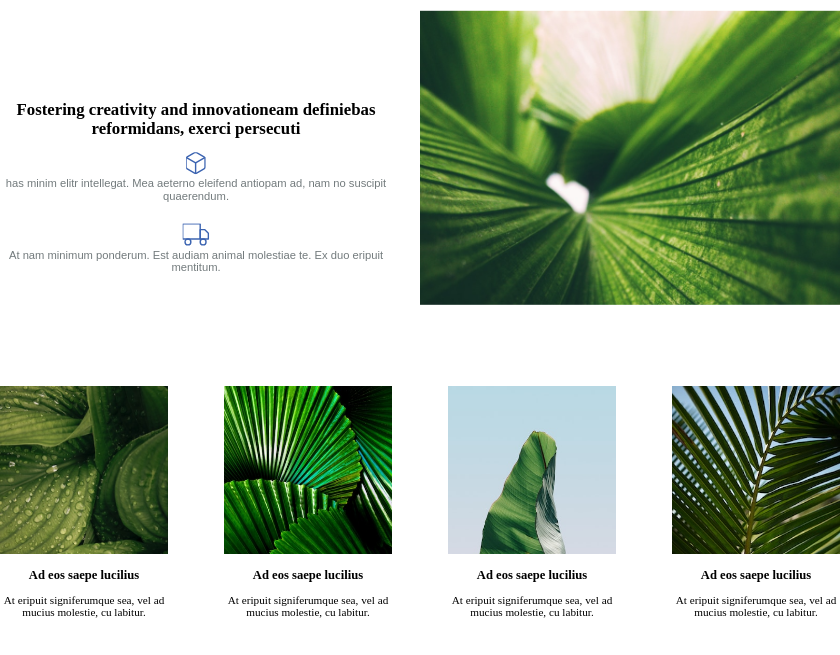
Repository: Mygit2001/LeTuSy_Test_Ecommage
Page: index.html
These files come from the project's save history. The page is drawn as it stood at one moment and after a run of saves; the edit follows.
The browser window is 768 px wide. The page is 1200 px wide, so the pictures cover 1200 px, including what lies to the right of the window. The pictures show the part of the page from y = 1668 to 3748 px (the page is 2604 px tall before and 3748 px after), at 70% of full size.
Some web fonts or font styles are not loaded; a fallback is used. Some web libraries are served in a nearby version.

Above is the page before, as saved 2023-02-15 23:54:02.

### index.html
<!DOCTYPE html>
<html lang="en">
  <head>
    <meta charset="UTF-8" />
    <meta http-equiv="X-UA-Compatible" content="IE=edge" />
    <meta name="viewport" content="width=device-width, initial-scale=1.0" />
    <link rel="stylesheet" href="./assets/css/base.css" />
    <link rel="stylesheet" href="./assets/css/index.css" />
    <link rel="stylesheet" href="./assets/js/index.js" />
    <link rel="stylesheet" href="./assets/css/responsive.css" />
    <link rel="preconnect" href="https://fonts.googleapis.com" />
    <link rel="preconnect" href="https://fonts.gstatic.com" crossorigin />
    <link href="https://fonts.google.com/specimen/Mulish" rel="stylesheet" />
    <link
      rel="stylesheet"
      href="https://cdnjs.cloudflare.com/ajax/libs/font-awesome/6.3.0/css/all.min.css"
      integrity="sha512-SzlrxWUlpfuzQ+pcUCosxcglQRNAq/DZjVsC0lE40xsADsfeQoEypE+enwcOiGjk/bSuGGKHEyjSoQ1zVisanQ=="
      crossorigin="anonymous"
      referrerpolicy="no-referrer"
    />
    <title>Ecommage test - Lê Tử Sỹ</title>
  </head>
  <body>
    <header>
      <nav class="navbar_header">
        <div class="logo navbar_header-item">
          <svg
            width="67"
            height="40"
            viewBox="0 0 67 40"
            fill="none"
            xmlns="http://www.w3.org/2000/svg"
          >
            <path
              d="M42.5147 30.5614C63.5719 30.5614 65.2682 12.6468 65.4038 4.13342C65.4051 3.90184 65.3598 3.67236 65.2708 3.45856C65.1818 3.24477 65.0508 3.051 64.8856 2.88873C64.7204 2.72646 64.5243 2.59898 64.3089 2.51384C64.0935 2.4287 63.8633 2.38762 63.6317 2.39305C33.7072 2.94264 33.7072 17.4504 33.7072 30.5614V37.6074"
              stroke="#3C64B1"
              stroke-width="3"
              stroke-linecap="round"
              stroke-linejoin="round"
            />
            <path
              d="M33.7072 30.5614C33.7072 30.5614 33.7072 19.9923 47.7992 18.2308"
              stroke="#3C64B1"
              stroke-width="3"
              stroke-linecap="round"
              stroke-linejoin="round"
            />
            <path
              d="M24.8891 30.5614C3.832 30.5614 2.13566 12.6468 2.00003 4.13342C1.99878 3.90184 2.04401 3.67236 2.13302 3.45856C2.22204 3.24477 2.35304 3.051 2.51827 2.88873C2.68349 2.72646 2.87959 2.59898 3.09496 2.51384C3.31033 2.4287 3.54058 2.38762 3.7721 2.39305C33.6967 2.94264 33.6967 17.4504 33.6967 30.5614V37.6074"
              stroke="#3C64B1"
              stroke-width="3"
              stroke-linecap="round"
              stroke-linejoin="round"
            />
            <path
              d="M33.6967 30.5614C33.6967 30.5614 33.6967 19.9923 19.6046 18.2308"
              stroke="#3C64B1"
              stroke-width="3"
              stroke-linecap="round"
              stroke-linejoin="round"
            />
          </svg>
        </div>
        <div class="navbar_header-item menu fw-600">
          <span>Features</span>
          <span>Pricing</span>
          <span>Contact</span>
        </div>
        <div class="bar-icon" ><i class="fa-solid fa-bars"></i></div >
        <div class="navbar_header-item navitem-right">
          <label class="fw-600">Log In</label>
          <button class="default-butn" style="width: 107px">Start now</button>
        </div>
      </nav>
    </header>
    <main class="container">
      <div class="main_intro">
        <div class="main_intro-content">
          <div class="main_intro-content-text">
            <span class="fw-700">Simplify your online shipping for </span>
            <span class="fw-700">free this month !</span>
            <p>
              Et has minim elitr intellegat. Mea aeterno eleifend antiopam
              ad,nam no suscipit quaerendum. At nam minimum ponderum. Est audiam
              animal molestiae te.
            </p>
          </div>
          <div class="main_intro-content-button">
            <button class="default-butn">Start free trial</button>
            <button class="default-butn2" style="">Learn more</button>
          </div>
        </div>
        <div class="main_intro-img"></div>
      </div>
      <div class="main_content">
        <div class="main_content-head">
          <div class="main_content-text">
            <h2>Grow your business with better Shipping</h2>
            <span
              >We help the world's leading organizations follow their
              shipping</span
            >
          </div>
          <div class="main_content-services">
            <div class="main_content-services-item">
              <div class="content_services-item-top">
                <div class="s-30">
                  <svg
                    width="33"
                    height="32"
                    viewBox="0 0 33 32"
                    fill="none"
                    xmlns="http://www.w3.org/2000/svg"
                  >
                    <path
                      d="M20.1376 7.79345C19.8484 8.08852 19.6864 8.48524 19.6864 8.89843C19.6864 9.31161 19.8484 9.70833 20.1376 10.0034L22.6633 12.5291C22.9584 12.8183 23.3551 12.9803 23.7683 12.9803C24.1814 12.9803 24.5782 12.8183 24.8732 12.5291L30.8243 6.57798C31.6181 8.33203 31.8584 10.2863 31.5133 12.1804C31.1682 14.0745 30.254 15.8185 28.8926 17.1799C27.5312 18.5412 25.7873 19.4554 23.8932 19.8005C21.9991 20.1456 20.0448 19.9053 18.2907 19.1115L7.38307 30.0192C6.75509 30.6472 5.90336 31 5.01527 31C4.12717 31 3.27544 30.6472 2.64746 30.0192C2.01948 29.3912 1.66669 28.5395 1.66669 27.6514C1.66669 26.7633 2.01948 25.9116 2.64746 25.2836L13.5551 14.3759C12.7614 12.6219 12.5211 10.6676 12.8662 8.77349C13.2113 6.87939 14.1254 5.13544 15.4868 3.77406C16.8482 2.41268 18.5922 1.49852 20.4863 1.15341C22.3804 0.808299 24.3347 1.04863 26.0887 1.84237L20.1534 7.77767L20.1376 7.79345Z"
                      stroke="#3C64B1"
                      stroke-width="2"
                      stroke-linecap="round"
                      stroke-linejoin="round"
                    />
                  </svg>
                </div>
                <div class="services-item-top-title fw-700">
                  Logistic performance
                </div>
                <span class="services-item-top-des"
                  >At eripuit signiferumque sea, vel ad mucius molestie, cu
                  labitur iuvaret vulputate sed.</span
                >
              </div>
              <div class="content_services-item-bot">
                <label class="services-item-bot-text fw-700">Discover</label>
              </div>
            </div>
            <div class="main_content-services-item">
              <div class="content_services-item-top">
                <div class="s-30">
                  <svg
                    width="36"
                    height="32"
                    viewBox="0 0 36 32"
                    fill="none"
                    xmlns="http://www.w3.org/2000/svg"
                  >
                    <path
                      d="M31.3334 7.66669H4.66671C2.82576 7.66669 1.33337 9.15907 1.33337 11V27.6667C1.33337 29.5076 2.82576 31 4.66671 31H31.3334C33.1743 31 34.6667 29.5076 34.6667 27.6667V11C34.6667 9.15907 33.1743 7.66669 31.3334 7.66669Z"
                      stroke="#3C64B1"
                      stroke-width="2"
                      stroke-linecap="round"
                      stroke-linejoin="round"
                    />
                    <path
                      d="M24.6667 31V4.33333C24.6667 3.44928 24.3155 2.60143 23.6904 1.97631C23.0653 1.35119 22.2174 1 21.3334 1H14.6667C13.7827 1 12.9348 1.35119 12.3097 1.97631C11.6846 2.60143 11.3334 3.44928 11.3334 4.33333V31"
                      stroke="#3C64B1"
                      stroke-width="2"
                      stroke-linecap="round"
                      stroke-linejoin="round"
                    />
                  </svg>
                </div>
                <div class="services-item-top-title fw-700">
                  Shipping communication
                </div>
                <span class="services-item-top-des"
                  >At eripuit signiferumque sea, vel ad mucius molestie, cu
                  labitur iuvaret vulputate sed.</span
                >
              </div>
              <div class="content_services-item-bot">
                <span class="services-item-bot-text fw-700">Discover</span>
              </div>
            </div>
            <div class="main_content-services-item">
              <div class="content_services-item-top">
                <div class="s-30">
                  <svg
                    width="36"
                    height="36"
                    viewBox="0 0 36 36"
                    fill="none"
                    xmlns="http://www.w3.org/2000/svg"
                  >
                    <path
                      d="M18.3334 34.3333C27.5382 34.3333 35.0001 26.8714 35.0001 17.6667C35.0001 8.46192 27.5382 1 18.3334 1C9.12867 1 1.66675 8.46192 1.66675 17.6667C1.66675 26.8714 9.12867 34.3333 18.3334 34.3333Z"
                      stroke="#3C64B1"
                      stroke-width="2"
                      stroke-linecap="round"
                      stroke-linejoin="round"
                    />
                    <path
                      d="M18.3334 24.3333C22.0153 24.3333 25.0001 21.3486 25.0001 17.6667C25.0001 13.9848 22.0153 11 18.3334 11C14.6515 11 11.6667 13.9848 11.6667 17.6667C11.6667 21.3486 14.6515 24.3333 18.3334 24.3333Z"
                      stroke="#3C64B1"
                      stroke-width="2"
                      stroke-linecap="round"
                      stroke-linejoin="round"
                    />
                    <path
                      d="M6.55005 5.8833L13.6167 12.95"
                      stroke="#3C64B1"
                      stroke-width="2"
                      stroke-linecap="round"
                      stroke-linejoin="round"
                    />
                    <path
                      d="M23.0502 22.3834L30.1168 29.4501"
                      stroke="#3C64B1"
                      stroke-width="2"
                      stroke-linecap="round"
                      stroke-linejoin="round"
                    />
                    <path
                      d="M23.0502 12.95L30.1168 5.8833"
                      stroke="#3C64B1"
                      stroke-width="2"
                      stroke-linecap="round"
                      stroke-linejoin="round"
                    />
                    <path
                      d="M23.0502 12.9499L28.9335 7.06659"
                      stroke="#3C64B1"
                      stroke-width="2"
                      stroke-linecap="round"
                      stroke-linejoin="round"
                    />
                    <path
                      d="M6.55005 29.4501L13.6167 22.3834"
                      stroke="#3C64B1"
                      stroke-width="2"
                      stroke-linecap="round"
                      stroke-linejoin="round"
                    />
                  </svg>
                </div>

                <div class="services-item-top-title fw-700">Marketing</div>
                <span class="services-item-top-des"
                  >At eripuit signiferumque sea, vel ad mucius molestie, cu
                  labitur iuvaret vulputate sed.</span
                >
              </div>
              <div class="content_services-item-bot">
                <span class="services-item-bot-text fw-700">Discover</span>
              </div>
            </div>
          </div>
        </div>
        <div class="main_content-block1 main_content-block">
          <div class="content_block1-img cus-bgImg"></div>
          <div class="content_block1-des">
            <div class="content_block1-text">
              <h2>
                Ad eos saepe lucilius, noster postulant philosophia ea usu, qui
                dicta sadipscing te.
              </h2>
              <p>
                Et has minim elitr intellegat. Mea aeterno eleifend antiopam ad,
                nam no suscipit quaerendum. At nam minimum ponderum. Est audiam
                animal molestiae te. Ex duo eripuit mentitum.
              </p>
            </div>
            <div class="content_block1-func">
              <div class="content_block1-func-bi">
                <input
                  type="text"
                  placeholder="Placeholder"
                  class="input-ctb1"
                />
                <button class="default-butn">Start free trial</button>
              </div>
              <div>
                <p class="block1-lt">
                  By clicking “Primary action” you accepting ipsum dolor sit
                  amet, sit ea brute mediocritatem, eu sed aliquam scripserit
                  dissentiunt.
                </p>
              </div>
            </div>
          </div>
        </div>
        <div class="main_content-block2 main_content-block">
          <div class="content_block2-des">
            <div class="content_block2-text">
              <h2>
                Fostering creativity and innovationeam definiebas reformidans,
                exerci persecuti
              </h2>
            </div>
            <div class="content_block2-wrap-item">
              <div class="content_block2-item">
                <div>
                  <svg
                    width="28"
                    height="32"
                    viewBox="0 0 28 32"
                    fill="none"
                    xmlns="http://www.w3.org/2000/svg"
                  >
                    <path
                      d="M26.8951 21.2487V9.29534C26.8945 8.77129 26.7562 8.2566 26.494 7.8029C26.2317 7.3492 25.8548 6.97244 25.4009 6.71042L14.9417 0.733736C14.4874 0.471454 13.9721 0.333374 13.4475 0.333374C12.923 0.333374 12.4077 0.471454 11.9534 0.733736L1.49417 6.71042C1.04034 6.97244 0.663382 7.3492 0.401127 7.8029C0.138872 8.2566 0.000537516 8.77129 0 9.29534V21.2487C0.000537516 21.7728 0.138872 22.2874 0.401127 22.7411C0.663382 23.1948 1.04034 23.5716 1.49417 23.8336L11.9534 29.8103C12.4077 30.0726 12.923 30.2107 13.4475 30.2107C13.9721 30.2107 14.4874 30.0726 14.9417 29.8103L25.4009 23.8336C25.8548 23.5716 26.2317 23.1948 26.494 22.7411C26.7562 22.2874 26.8945 21.7728 26.8951 21.2487Z"
                      stroke="#3C64B1"
                      stroke-width="2"
                      stroke-linecap="round"
                      stroke-linejoin="round"
                    />
                    <path
                      d="M0.403427 7.74158L13.4475 15.2871L26.4917 7.74158"
                      stroke="#3C64B1"
                      stroke-width="2"
                      stroke-linecap="round"
                      stroke-linejoin="round"
                    />
                    <path
                      d="M13.4475 30.3333V15.2721"
                      stroke="#3C64B1"
                      stroke-width="2"
                      stroke-linecap="round"
                      stroke-linejoin="round"
                    />
                  </svg>
                </div>
                <div class="content_block2-item-text">
                  has minim elitr intellegat. Mea aeterno eleifend antiopam ad,
                  nam no suscipit quaerendum.
                </div>
              </div>
              <div class="content_block2-item">
                <div>
                  <svg
                    width="38"
                    height="32"
                    viewBox="0 0 38 32"
                    fill="none"
                    xmlns="http://www.w3.org/2000/svg"
                  >
                    <path
                      d="M25 0.333374H0V22H25V0.333374Z"
                      stroke="#3C64B1"
                      stroke-width="2"
                      stroke-linecap="round"
                      stroke-linejoin="round"
                    />
                    <path
                      d="M25 8.66663H31.6666L36.6666 13.6666V21.9999H25V8.66663Z"
                      stroke="#3C64B1"
                      stroke-width="2"
                      stroke-linecap="round"
                      stroke-linejoin="round"
                    />
                    <path
                      d="M7.49997 30.3333C9.80116 30.3333 11.6666 28.4678 11.6666 26.1667C11.6666 23.8655 9.80116 22 7.49997 22C5.19879 22 3.33331 23.8655 3.33331 26.1667C3.33331 28.4678 5.19879 30.3333 7.49997 30.3333Z"
                      stroke="#3C64B1"
                      stroke-width="2"
                      stroke-linecap="round"
                      stroke-linejoin="round"
                    />
                    <path
                      d="M29.1666 30.3333C31.4678 30.3333 33.3333 28.4678 33.3333 26.1667C33.3333 23.8655 31.4678 22 29.1666 22C26.8654 22 25 23.8655 25 26.1667C25 28.4678 26.8654 30.3333 29.1666 30.3333Z"
                      stroke="#3C64B1"
                      stroke-width="2"
                      stroke-linecap="round"
                      stroke-linejoin="round"
                    />
                  </svg>
                </div>
                <div class="content_block2-item-text">
                  At nam minimum ponderum. Est audiam animal molestiae te. Ex
                  duo eripuit mentitum.
                </div>
              </div>
            </div>
          </div>
          <div class="content_block2-img cus-bgImg"></div>
        </div>
        <div class="main_content-foot">
          <div class="main_content-foot-item">
            <div class="content-foot-item-img1 wh-img-foot cus-bgImg"></div>
            <div class="content-foot-item-text">
              <span class="fw-700 fs-18">Ad eos saepe lucilius</span>
              <p>
                At eripuit signiferumque sea, vel ad mucius molestie, cu
                labitur.
              </p>
            </div>
          </div>
          <div class="main_content-foot-item">
            <div class="content-foot-item-img2 wh-img-foot cus-bgImg"></div>
            <div class="content-foot-item-text">
              <span class="fw-700 fs-18">Ad eos saepe lucilius</span>
              <p>
                At eripuit signiferumque sea, vel ad mucius molestie, cu
                labitur.
              </p>
            </div>
          </div>
          <div class="main_content-foot-item">
            <div class="content-foot-item-img3 wh-img-foot cus-bgImg"></div>
            <div class="content-foot-item-text">
              <span class="fw-700 fs-18">Ad eos saepe lucilius</span>
              <p>
                At eripuit signiferumque sea, vel ad mucius molestie, cu
                labitur.
              </p>
            </div>
          </div>
          <div class="main_content-foot-item">
            <div class="content-foot-item-img4 wh-img-foot cus-bgImg"></div>
            <div class="content-foot-item-text">
              <span class="fw-700 fs-18">Ad eos saepe lucilius</span>
              <p>
                At eripuit signiferumque sea, vel ad mucius molestie, cu
                labitur.
              </p>
            </div>
          </div>
        </div>
      </div>
    </main>
  </body>
</html>

### assets/css/base.css
body {
  padding: 0;
  margin: 0;
  box-sizing: border-box;
}
header {
}
.default-butn {
  text-align: center;
  padding: 10px 10px;
  width: 135px;
  height: 40px;
  color: #fff;
  font-family: "Mulish", sans-serif;
  outline: none;
  border: none;
  font-weight: 700;
  background-color: #3c64b1;
}
.default-butn2 {
  text-align: center;
  padding: 10px 20px;
  width: 116px;
  height: 40px;
  border: 1px solid #3c64b1;
  color: #3C64B1;
  font-weight: 600;
  font-family: "Mulish", sans-serif;
}
.s-30 {
    width: 30px;
    height: 30px;
}
.cus-bgImg {
  flex: none;
  flex-grow: 0;
  background-size: cover;
  background-repeat: no-repeat;
}
.fw-600 {
  font-weight: 600;
}
.fw-700 {
  font-weight: 700;
}
.fs-18 {
  font-size: 18px;
}

### assets/css/responsive.css
/* PC */
@media(min-width:64em){
    .bar-icon {
        display: none;
    }

}


/* mobile */
@media(max-width:46.1875em) {
    .row {
        display: block;
    }
    .col-sm-12 {
        width: 100%;
    }
    .col-sm-6 {
        width: 50%;
    }

}

/* Tablet */
@media(min-width:46.25em) and (max-width:63.9375em){


}

 /* mobile and tablet */
@media(max-width:63.9375em) {
    .menu,.navitem-right {
        display:none;
    }
    .navbar_header {
        position: relative;
    }
    .bar-icon {
        position: absolute;
        display: block ;
        font-size: 30px;
        right: 20px;
    }
    .logo {
        margin-left: 16px;
    }
    .navbar_header {
        width: 100%;
    }
    .container, .main_intro {
        width: 100%;
    }
    .main_intro-content-text  {
        width: 50%;
        height: auto;
        padding: 0 8px;
    }
    .main_intro-content-text span{
        font-size: 20px;
    }
    .main_intro-content-text p{
        font-size: 14px;
    }
    .main_content, .main_content-head {
        width: 100%;
    }
    .main_content-text {
        width: 100%;
    }
    .main_content-text h2{
        font-size: 20px;
    }
    .main_content-text span{
        font-size: 16px !important;
        text-align: center;
    }
    .content_block1-img {
        display: none !important;
    }
    .main_content-services {
        display: flex;
        flex-direction: column;
        width: 100%;
        align-items: center;
    }
    .main_content-services-item {
        text-align: center;
    }
    .main_content-block {
    }
    .content_block2-wrap-item  {
        flex-direction: column;
        align-items: center;
    }
    .content_block2-item {
        text-align: center;

    }
    .main_content-block {
    }
    .content_block2-des {
        text-align: center;
    }
    .main_content-foot {
        display: flex;
        fle
    }
}

Loaded but not shown: assets/css/index.css (308 lines, source omitted); assets/js/index.js (no stored copy; drawn as an empty file)

After the next 2 saves:
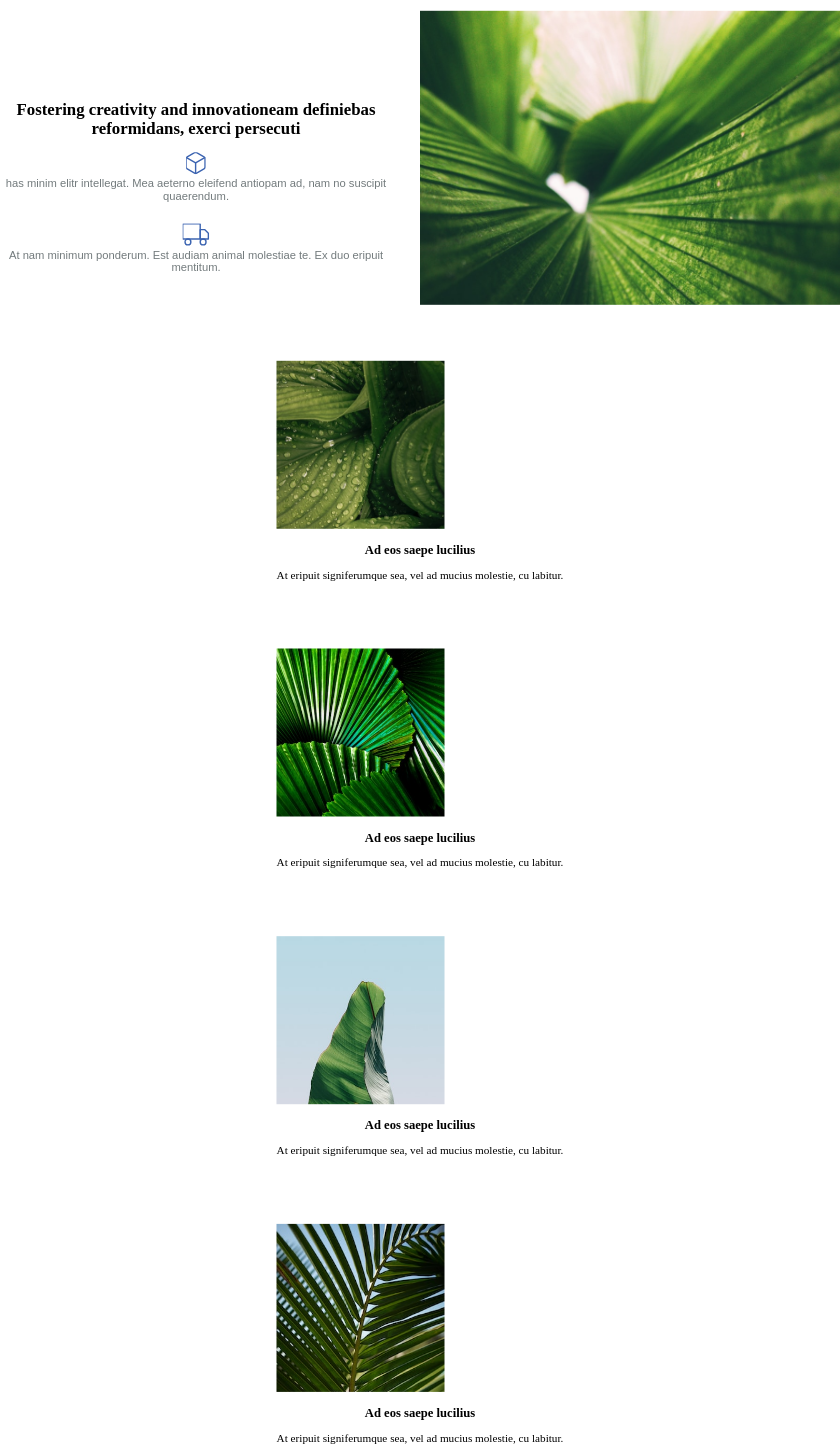
The 2 saves are shown as one change because they came seconds apart.
The last was saved 11 s later.
--- a/assets/css/responsive.css
+++ b/assets/css/responsive.css
@@ -103,6 +103,6 @@
     }
     .main_content-foot {
         display: flex;
-        fle
+        flex-direction: column;
     }
 }
